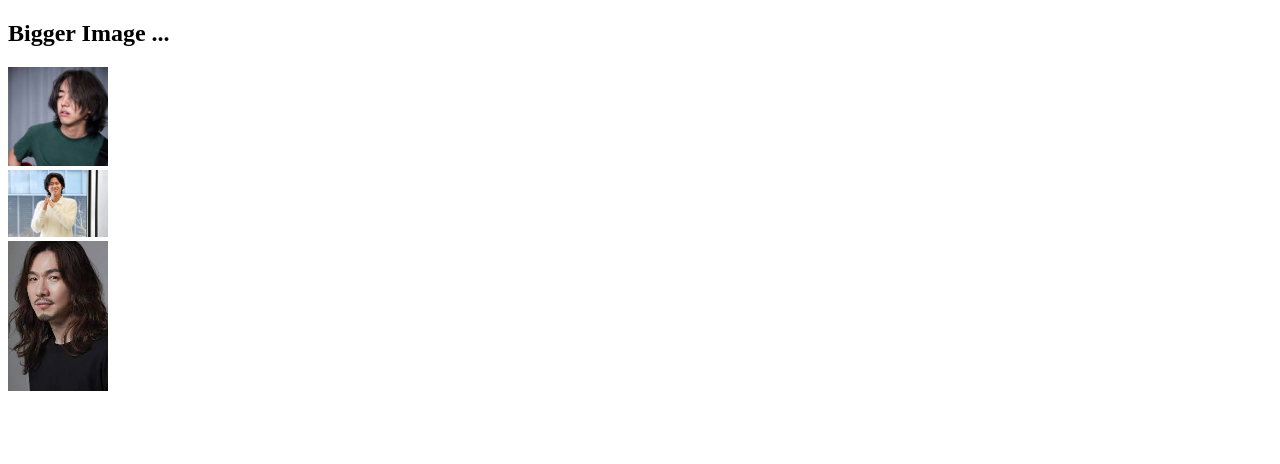
Repository: Migorithm/front_work
Page: front05_JQuery/src/main/webapp/3_event/jq08_hover.html
An editor plug-in stored every save of this project. The page is shown before and after the next save, followed by the edit.
The browser window is 1280 px wide. The pictures show the whole page.

Above is the page before, as saved 2021-09-06 01:34:36.

After the next save:
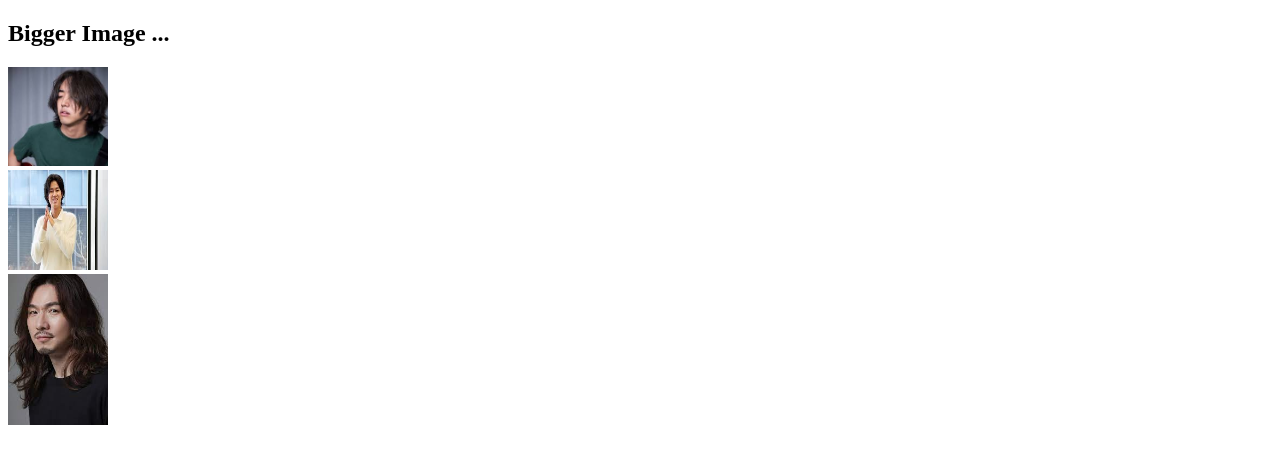
Saved 15 s later.
--- a/front05_JQuery/src/main/webapp/3_event/jq08_hover.html
+++ b/front05_JQuery/src/main/webapp/3_event/jq08_hover.html
@@ -8,6 +8,7 @@
 	.larger{width:200px;border:2px solid red;}
 
 	img{width:100px;}
+	#image2{width:100px; height:100px;}
 </style>
 </head>
 

After the 4 saves that followed:
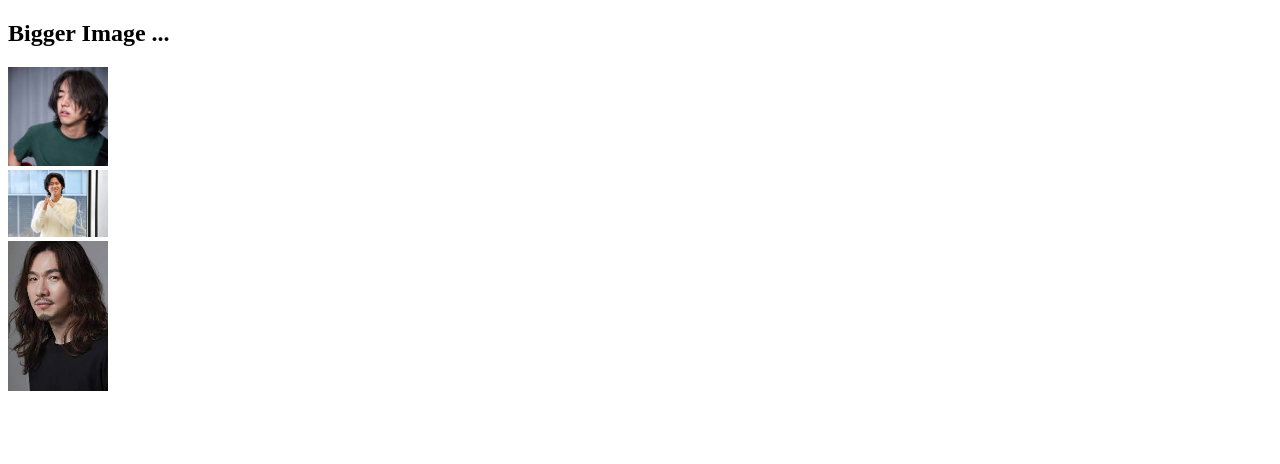
The 4 saves are shown as one change because 3 left the picture as it was.
The last was saved 3 min 13 s later.
--- a/front05_JQuery/src/main/webapp/3_event/jq08_hover.html
+++ b/front05_JQuery/src/main/webapp/3_event/jq08_hover.html
@@ -8,13 +8,22 @@
 	.larger{width:200px;border:2px solid red;}
 
 	img{width:100px;}
-	#image2{width:100px; height:100px;}
+
 </style>
 </head>
 
 <script src="https://ajax.googleapis.com/ajax/libs/jquery/3.6.0/jquery.min.js"></script>
 <script>
 	$(function(){
+		$("img").hover(
+				function(){
+					$(this).addClass("larger")
+					},
+
+				function(){
+					$(this).removeClass("larger")
+
+					})
 
 		});
 </script>
